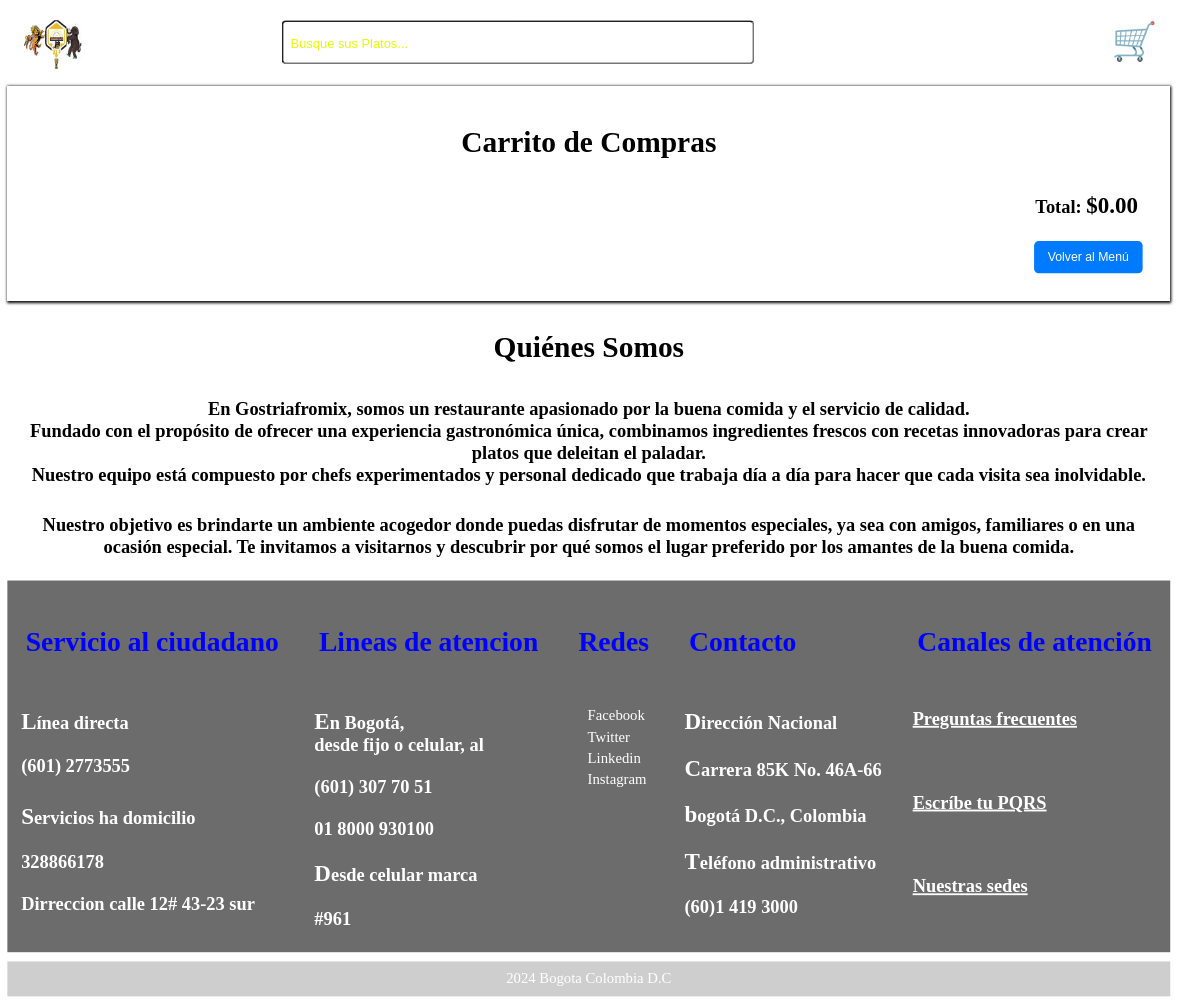
Repository: ye909/app_restaurante
Page: index.html
An editor plug-in stored every save of this project. The page is shown before and after the next save, followed by the edit.
The browser window is 1280 px wide. The pictures show the whole page, at 92% of full size.

Above is the page before, as saved 2025-01-11 19:07:46.
Console error: TypeError: Cannot read properties of null (reading 'addEventListener')

After the next save:
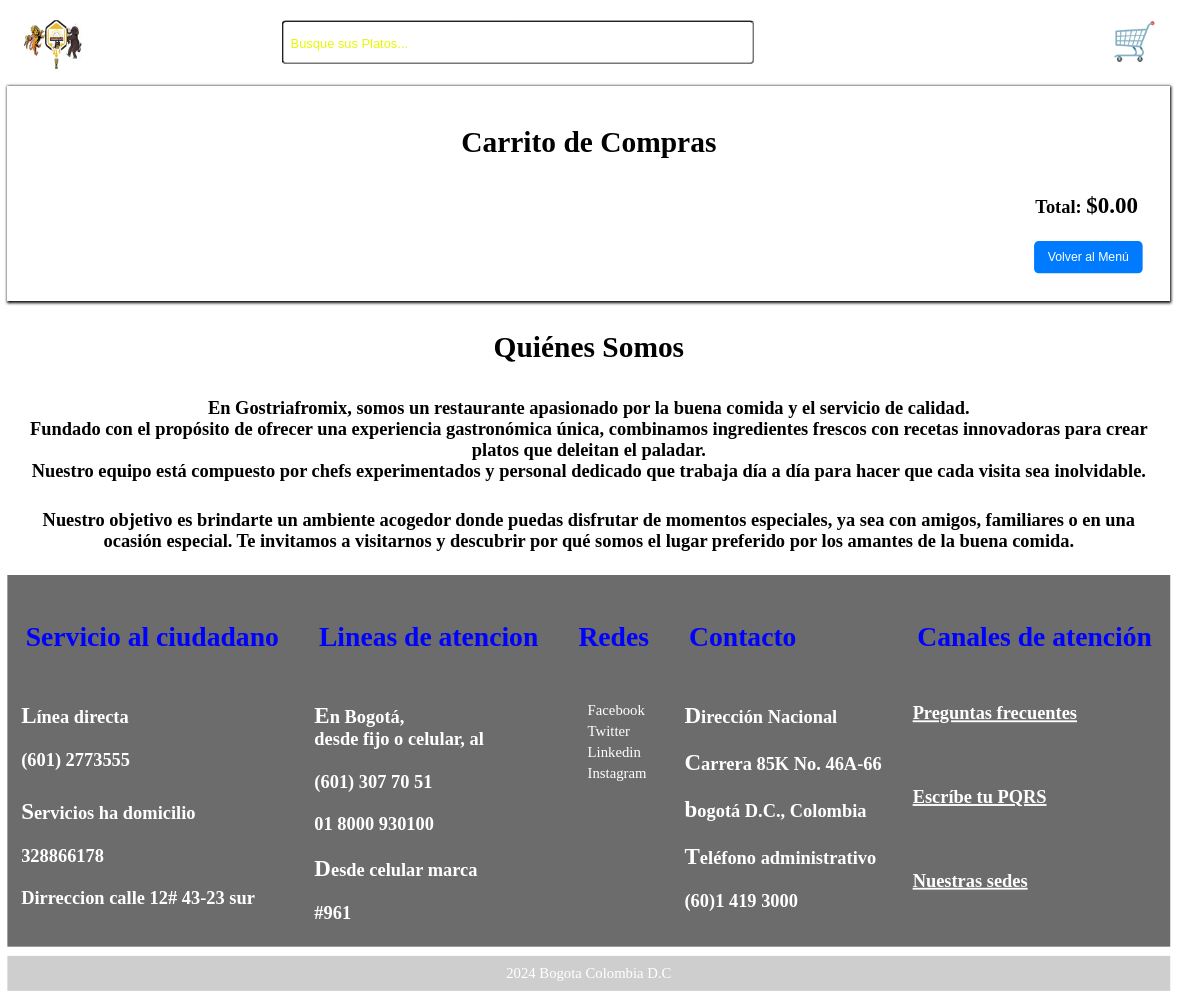
Saved 25 s later.
--- a/css/footer.css
+++ b/css/footer.css
@@ -17,7 +17,8 @@
 }
 .quienes_somos p{
   text-align: center;
-  line-height: 1.2;
+  list-style: 1.5px;
+
 }
 :is(.container_final) {
   display: flex;

After the 2 saves that followed:
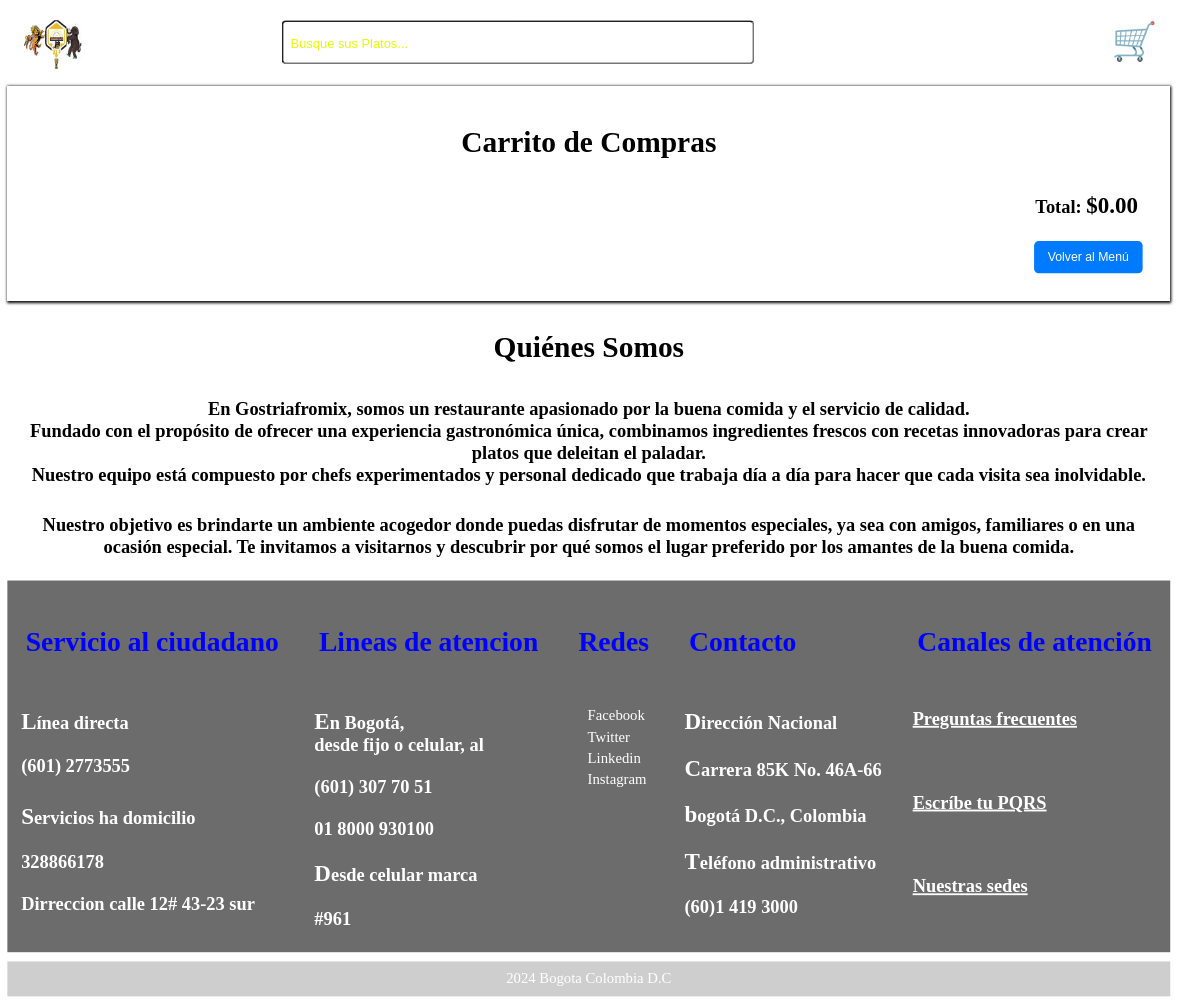
The 2 saves are shown as one change because 1 left the picture as it was.
The last was saved 17 s later.
--- a/css/footer.css
+++ b/css/footer.css
@@ -17,8 +17,7 @@
 }
 .quienes_somos p{
   text-align: center;
-  list-style: 1.5px;
-
+  line-height: 1.2;
 }
 :is(.container_final) {
   display: flex;
